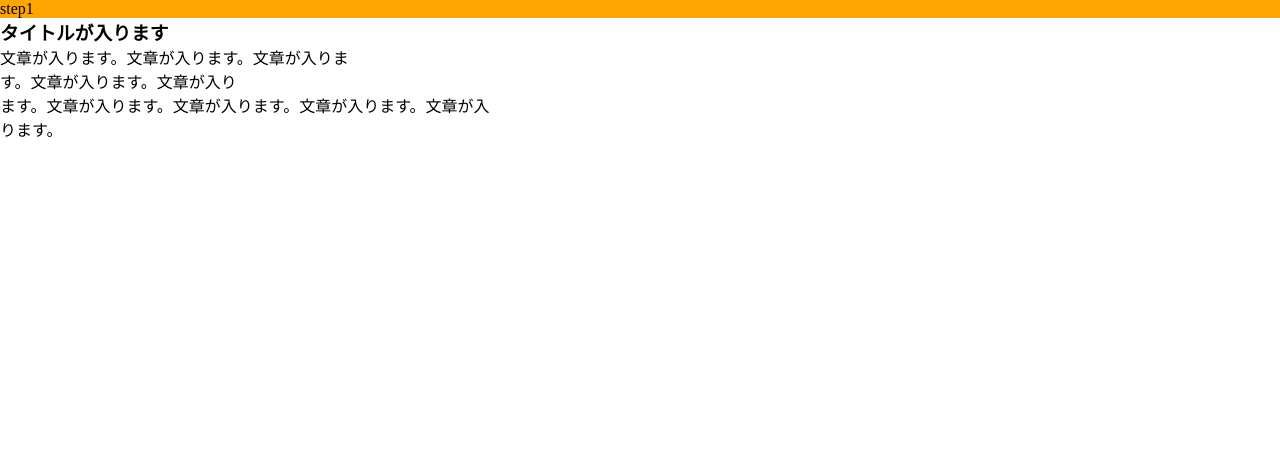
Repository: ryosei-110/HTML-CSS-
Page: 1-9exercise/1-9-2.html
The author's editor kept a record of every edit. The page is drawn from the files as they stood at one moment, then again after the next edit.
The browser window is 1280 px wide. The pictures show the whole page.

Above is the page before.

### 1-9exercise/1-9-2.html
<!DOCTYPE html>
<html lang="ja">
  <head>
    <meta charset="UTF-8" />
    <link rel="stylesheet" href="1-8.css" />
    <title>9章演習問題2</title>
  </head>

  <body>
    <div class="orange"></div>

    <main>
      <div class="box1">
        <p class="orange">step1</p>
        <div class="image"></div>
        <h3>タイトルが入ります</h3>
        <p>
          文章が入ります。文章が入ります。文章が入りま<br>
          す。文章が入ります。文章が入り<br>
          ます。文章が入ります。文章が入ります。文章が入ります。文章が入<br>
          ります。
        </p>
      </div>
    </main>

    <div class="gray"></div>
  </body>
  </html>

### 1-8exercise/1-8.css
* {
  margin: 0;
  padding: 0;
  box-sizing: border-box;
}

.main {
  width: 960px;
  margin: 50px auto;
}

.list {
  padding: 20px;
}

.list {
  padding: 20px;
}

.list-type p:nth-child(odd) {
  background-color: gray;
}

.box-location {
  display: flex;
  flex-wrap: wrap;
}

.box {
  width: 30%;
  height: 200px;
  margin: 40px 5%;
}

.box:nth-child(1 2 3) {
  margin-top: 50px;
}

.box:nth-child(7 8 9) {
  margin-bottom: 50px;
}



.orange {
  background-color: orange;
}

.yellow {
  background-color: yellow;
}

After the next edit:
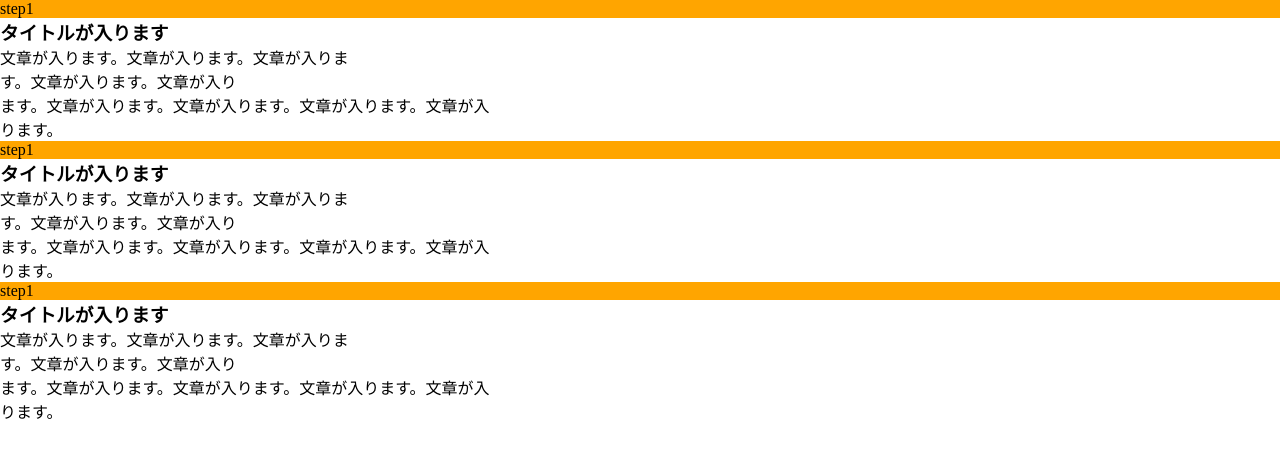
The edit:
--- a/1-9exercise/1-9-2.html
+++ b/1-9exercise/1-9-2.html
@@ -21,6 +21,28 @@
           ります。
         </p>
       </div>
+      <div class="box1">
+        <p class="orange">step1</p>
+        <div class="image"></div>
+        <h3>タイトルが入ります</h3>
+        <p>
+          文章が入ります。文章が入ります。文章が入りま<br>
+          す。文章が入ります。文章が入り<br>
+          ます。文章が入ります。文章が入ります。文章が入ります。文章が入<br>
+          ります。
+        </p>
+      </div>
+      <div class="box1">
+        <p class="orange">step1</p>
+        <div class="image"></div>
+        <h3>タイトルが入ります</h3>
+        <p>
+          文章が入ります。文章が入ります。文章が入りま<br>
+          す。文章が入ります。文章が入り<br>
+          ます。文章が入ります。文章が入ります。文章が入ります。文章が入<br>
+          ります。
+        </p>
+      </div>
     </main>
 
     <div class="gray"></div>
